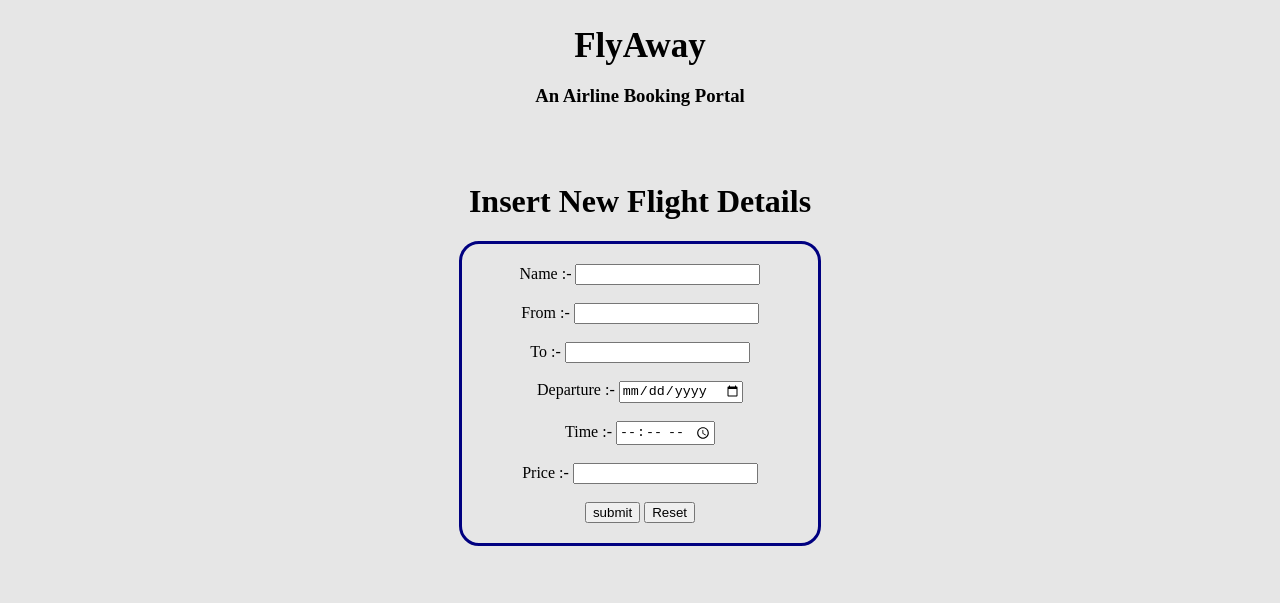
Repository: badrilogaram/Phase-two-project
Page: http://localhost/FlyAway-master/AdminHome.jsp
The author's editor kept a copy of each file at every save. The page is drawn from the files as they stood at one save, then again after the next save.
The browser window is 1280 px wide. The pictures show the whole page.
The page is served by Tomcat 9.

Above is the page before, as saved 2021-05-28 23:06:51.

After the next save:
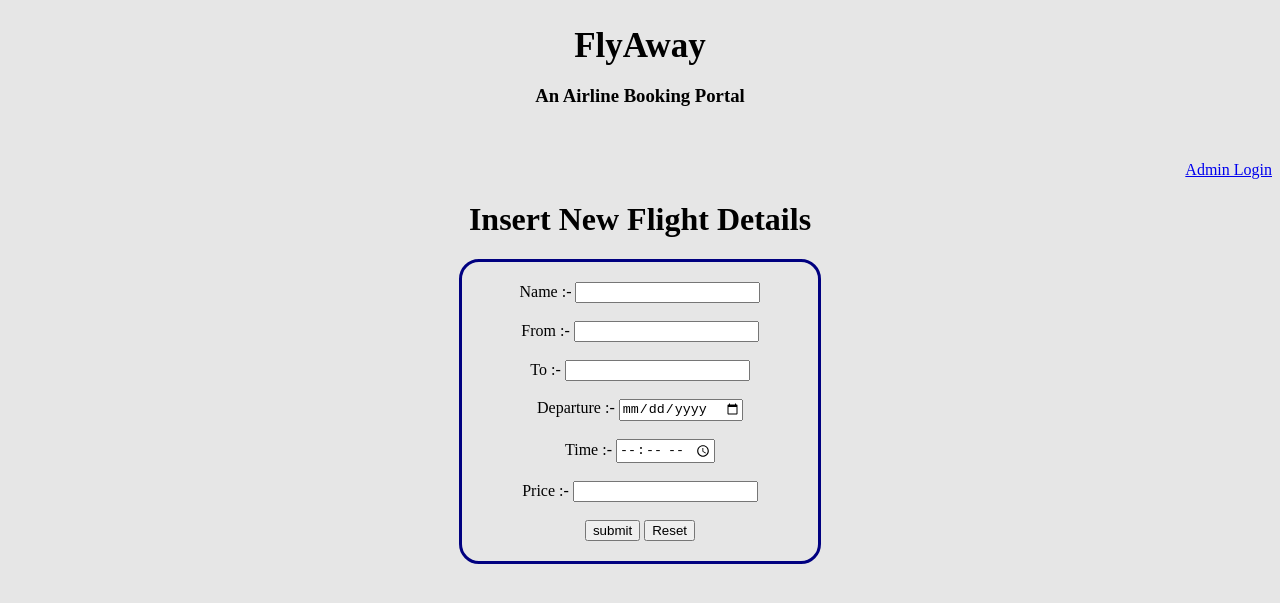
Saved 2 min 53 s later.
--- a/FlyAway-master/src/main/webapp/AdminHome.jsp
+++ b/FlyAway-master/src/main/webapp/AdminHome.jsp
@@ -13,6 +13,10 @@
 <h3><center>An Airline Booking Portal</center></h3>
 </center>
 <br><br>
+
+<div align="right">
+<a href="AdminPage.jsp">Admin Login</a>
+</div>
 
 <center>
 <h1>Insert New Flight Details</h1>
